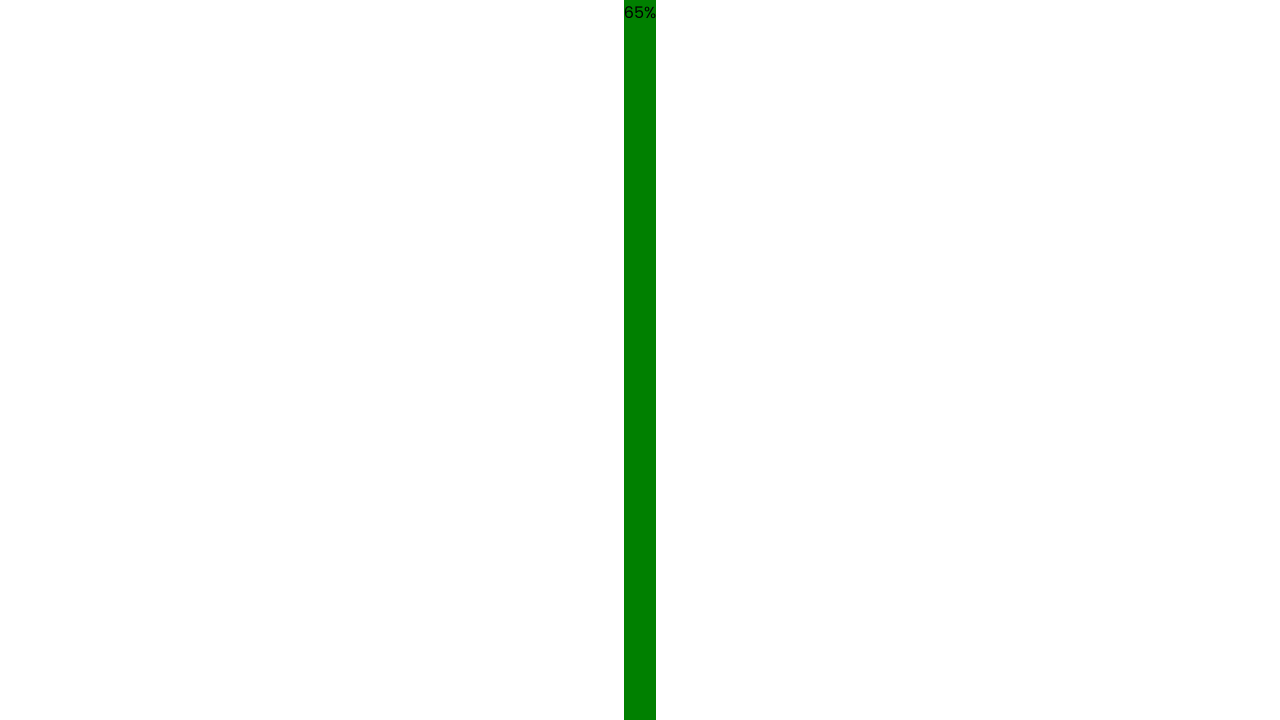
Repository: Ankitkr2021/Loader-Spinner
Page: index.html
An editor plug-in stored every save of this project. The page is shown before and after the next save, followed by the edit.
The browser window is 1280 px wide. The pictures show the whole page.

Above is the page before, as saved 2025-10-21 10:59:31.

After the next save:
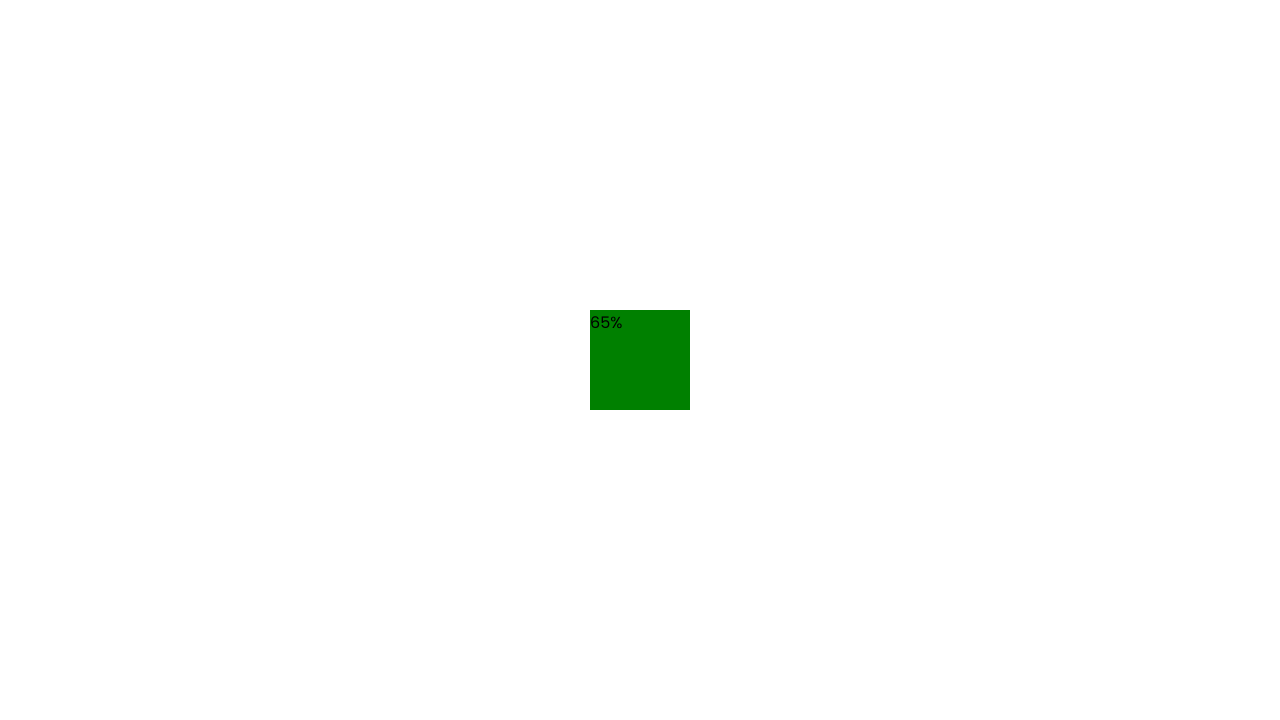
Saved 13 s later.
--- a/style.css
+++ b/style.css
@@ -17,5 +17,6 @@ body {
 
 .circle{
     background: green;
-    height: 100%;
+    width: 100px;
+    height: 100px;
 }
